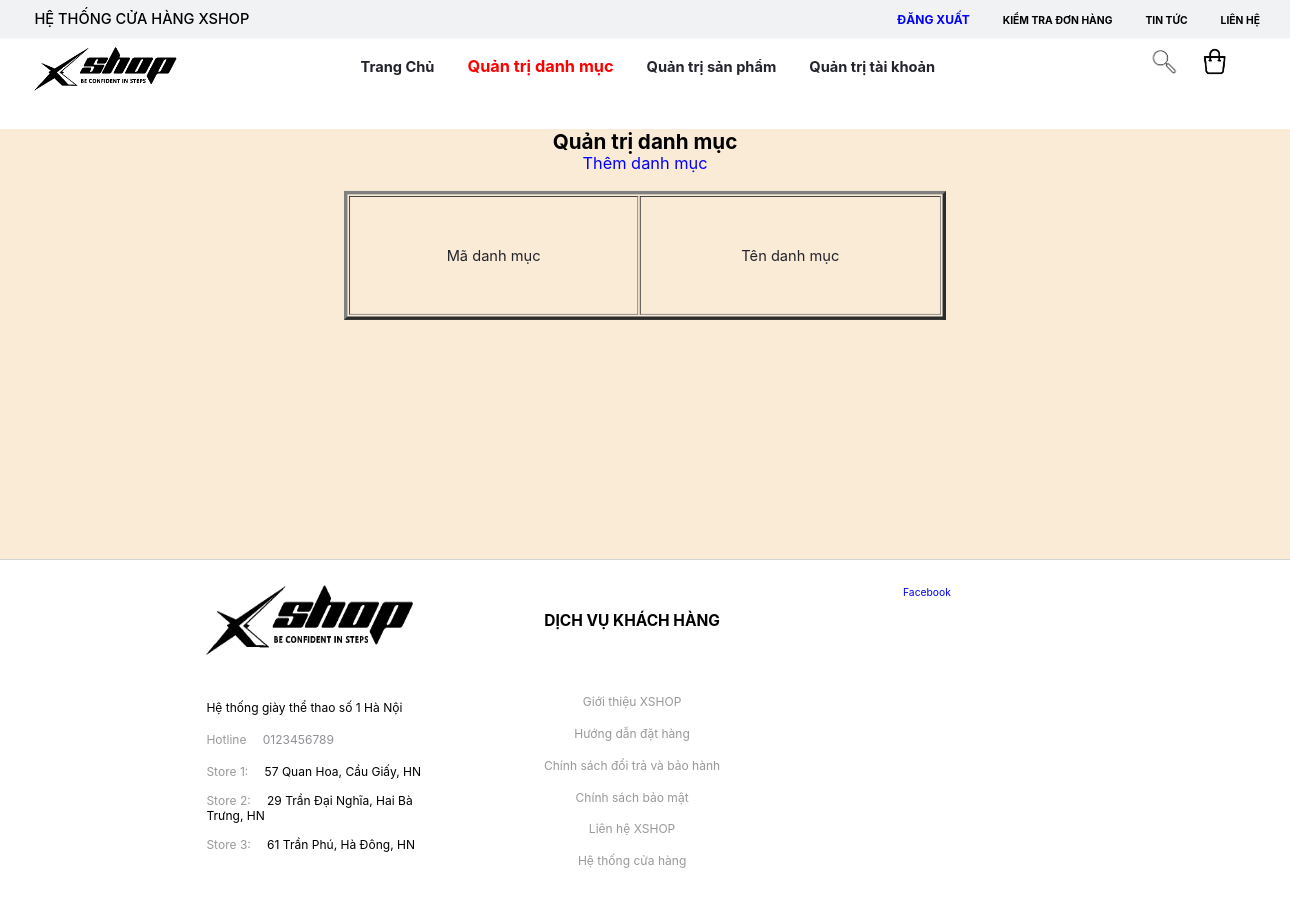
Repository: tienaq123/dam
Page: http://localhost/ass/ad/quantridanhmuc.php
An editor plug-in stored every save of this project. The page is shown before and after the next save, followed by the edit.
The browser window is 1280 px wide. The page is 1500 px wide, so the pictures cover 1500 px, including what lies to the right of the window. The pictures show the whole page, at 86% of full size.
The page is run by PHP 8.4 with error messages shown; the project is at /var/www/html/. Queries for data that is not in the repository find no rows.

Above is the page before, as saved 2021-10-21 04:05:26.

After the next save:
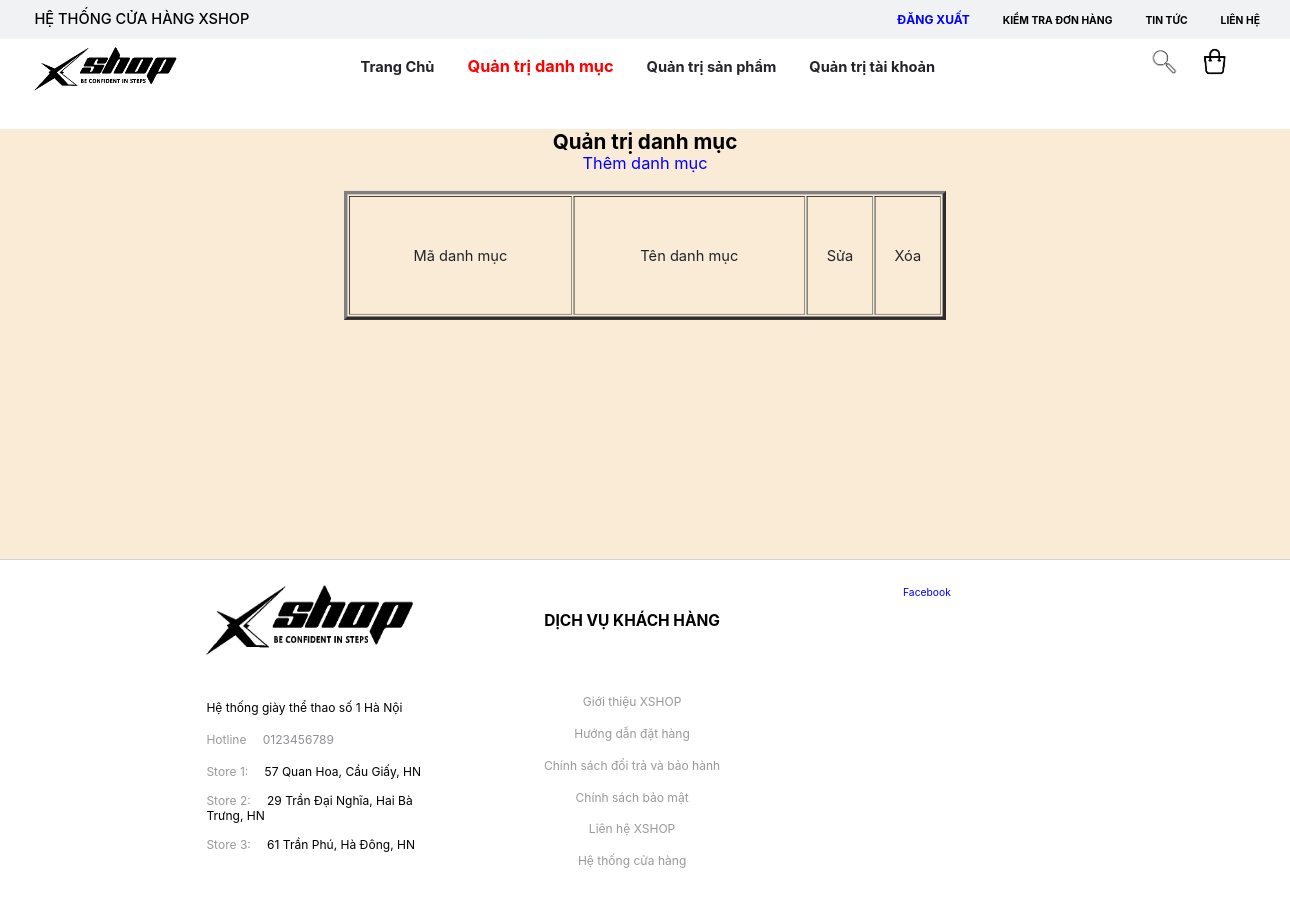
Saved 8 min 51 s later.
--- a/ad/quantridanhmuc.php
+++ b/ad/quantridanhmuc.php
@@ -52,6 +52,8 @@
                 <tr style="font-size: 17px; color:#23232c;">
                     <td>Mã danh mục</td>
                     <td>Tên danh mục</td>
+                    <td>Sửa</td>
+                    <td>Xóa</td>
                 </tr>
                 <?php
                 include '../db.php';
@@ -62,6 +64,8 @@
                     <tr>
                         <td><?php echo $rows['id_danhmuc'] ?></td>
                         <td><?php echo $rows['tendanhmuc'] ?></td>
+                        <td class="suaxoa"><a href="suasanpham.php?masua=<?php echo $rows['id_sp'] ?>">Sửa</a></td>
+                        <td class="suaxoa"><a onclick="return confirm('Bạn có muốn xóa không!')" href="xoasanpham.php?maxoa=<?php echo $rows['id_sp'] ?>">Xóa</a></td>
                     </tr>
                 <?php }
                 ?>
